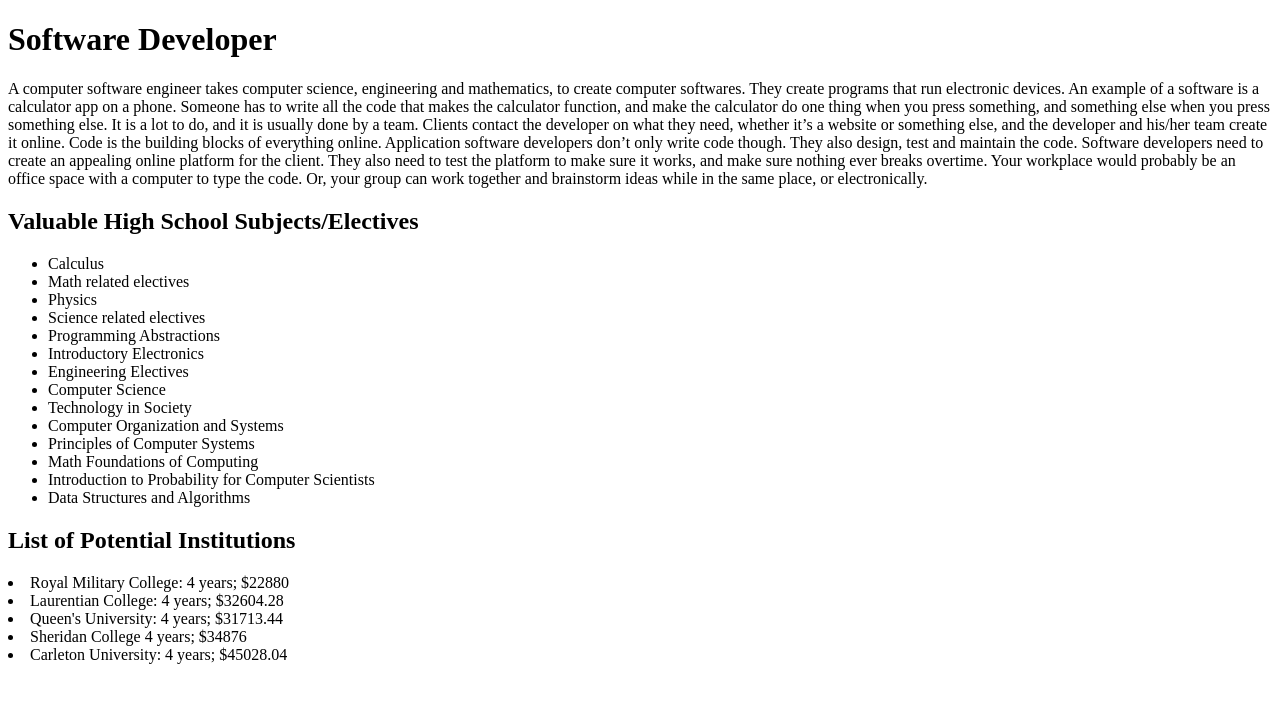
Repository: soerik/1soerik.github.io
Page: index.html
The author's editor kept a record of every edit. The page is drawn from the files as they stood at one moment, then again after the next edit.
The browser window is 1280 px wide. The pictures show the whole page.

Above is the page before.

### index.html
<!DOCTYPE html>
<html>
<head>
    <title>Software Developer</title>
</head>

<body>

<h1>Software Developer</h1>

<p>A computer software engineer takes computer
science, engineering and mathematics, to create
computer softwares. They create programs that
run electronic devices. An example of a software
is a calculator app on a phone. Someone has to
write all the code that makes the calculator
function, and make the calculator do one thing
when you press something, and something else
when you press something else. It is a lot to
do, and it is usually done by a team. Clients
contact the developer on what they need, whether
it’s a website or something else, and the
developer and his/her team create it online.
Code is the building blocks of everything
online. Application software developers don’t
only write code though. They also design, test
and maintain the code. Software developers
need to create an appealing online platform
for the client. They also need to test the
platform to make sure it works, and make sure
nothing ever breaks overtime. Your workplace
would probably be an office space with a computer
to type the code. Or, your group can work
together and brainstorm ideas while in the
same place, or electronically.
</p>

<h2>Valuable High School Subjects/Electives</h2>

<ul>
    <li>Calculus</li>
    <li>Math related electives</li>
    <li>Physics</li>
    <li>Science related electives</li>
    <li>Programming Abstractions</li>
    <li>Introductory Electronics</li>
    <li>Engineering Electives</li>
    <li>Computer Science</li>
    <li>Technology in Society</li>
    <li>Computer Organization and Systems</li>
    <li>Principles of Computer Systems</li>
    <li>Math Foundations of Computing</li>
    <li>Introduction to Probability for Computer Scientists</li>
    <li>Data Structures and Algorithms</li>
 </ul>

<h2>List of Potential Institutions</h2>
<li>Royal Military College:
4 years; $22880</li>
<li>Laurentian College:
4 years; $32604.28</li>
<li>Queen's University:
4 years; $31713.44</li>
<li>Sheridan College
4 years; $34876</li>
<li>Carleton University:
4 years; $45028.04</li>
<ul>


</body>
</html>

After the next edit:
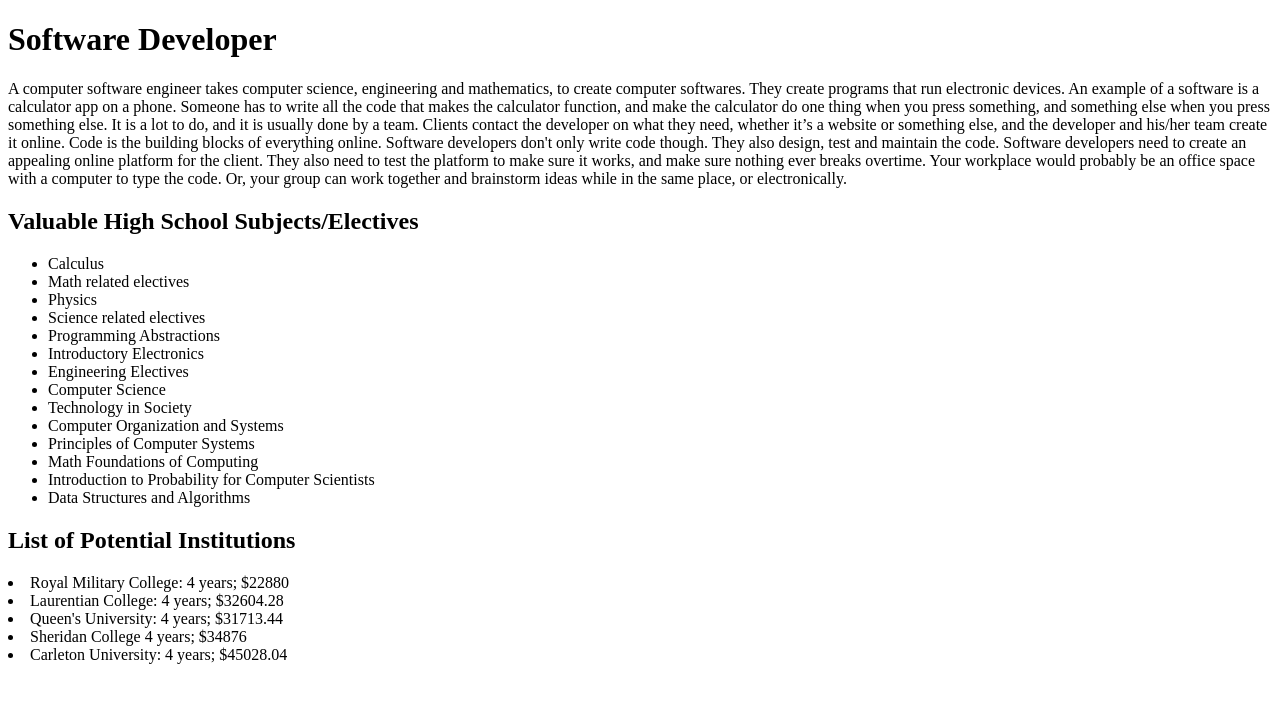
The edit:
--- a/index.html
+++ b/index.html
@@ -22,7 +22,7 @@
 it’s a website or something else, and the
 developer and his/her team create it online.
 Code is the building blocks of everything
-online. Application software developers don’t
+online. Software developers don't
 only write code though. They also design, test
 and maintain the code. Software developers
 need to create an appealing online platform
